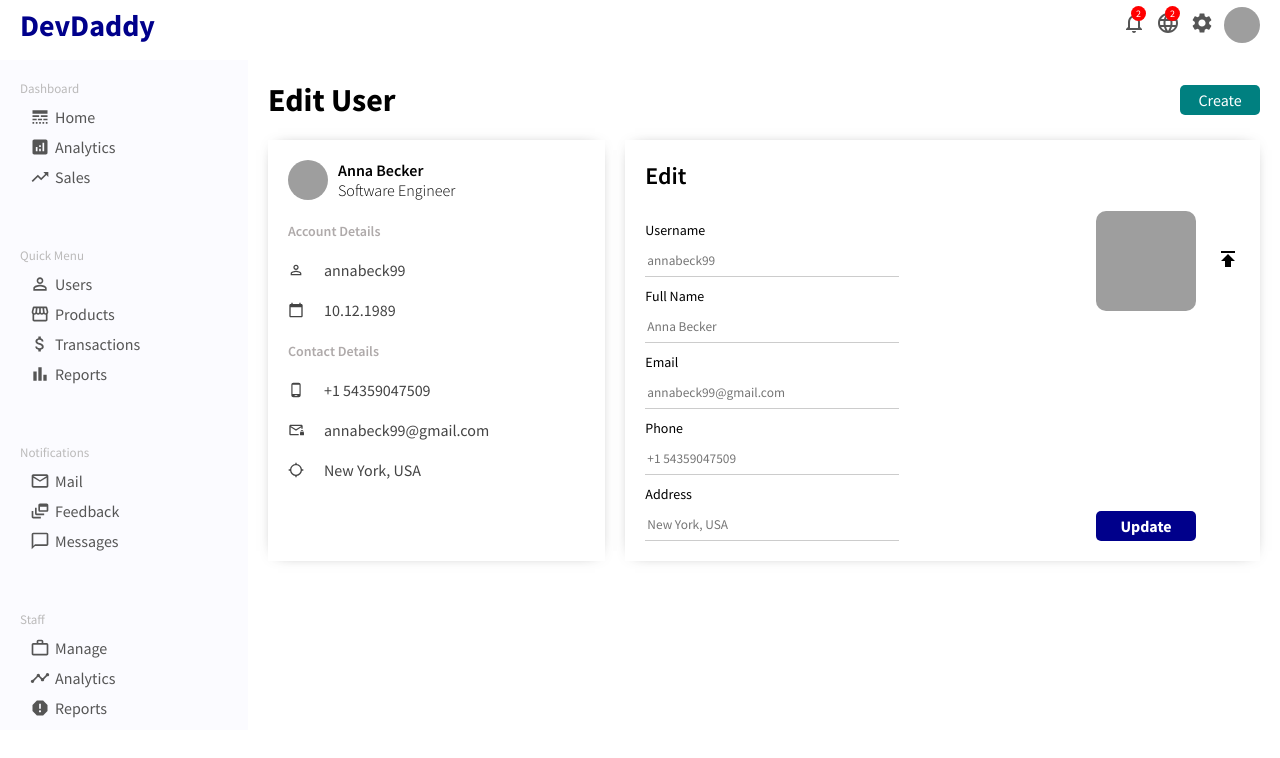
Repository: Marhamat92/react-admin-dashboard
Page: /user/1
The author's editor kept a copy of each file at every save. The page is drawn from the files as they stood at one save, then again after the next save.
The browser window is 1280 px wide. The pictures show the whole page.
Pictures or frames that could not be fetched are drawn as grey boxes. The project was rebuilt for these pictures with package versions that can differ from the ones it lists, and the page was loaded fresh each time. Also part of the build but not shown: src/pages/home/home.scss, src/components/featuredInfo/featuredInfo.scss, src/components/featuredInfo/FeaturedInfo.js, src/components/chart/chart.scss, src/components/chart/Chart.js, src/data/userData.js, src/components/widgetSm/widgetSm.scss, src/components/widgetSm/WidgetSm.js and 16 more.

Above is the page before, as saved 2023-02-13 23:21:44.

### public/index.html
<!DOCTYPE html>
<html lang="en">

<head>
  <meta charset="utf-8" />
  <link rel="icon" href="%PUBLIC_URL%/favicon.ico" />
  <meta name="viewport" content="width=device-width, initial-scale=1" />
  <meta name="theme-color" content="#000000" />
  <meta name="description" content="Web site created using create-react-app" />
  <link rel="apple-touch-icon" href="%PUBLIC_URL%/logo192.png" />
  <link rel="preconnect" href="https://fonts.googleapis.com">
  <link rel="preconnect" href="https://fonts.gstatic.com" crossorigin>
  <link href="https://fonts.googleapis.com/css2?family=Source+Sans+Pro:wght@200;300;400;600;700;900&display=swap"
    rel="stylesheet">
  <!--
      manifest.json provides metadata used when your web app is installed on a
      user's mobile device or desktop. See https://developers.google.com/web/fundamentals/web-app-manifest/
    -->
  <link rel="manifest" href="%PUBLIC_URL%/manifest.json" />
  <!--
      Notice the use of %PUBLIC_URL% in the tags above.
      It will be replaced with the URL of the `public` folder during the build.
      Only files inside the `public` folder can be referenced from the HTML.

      Unlike "/favicon.ico" or "favicon.ico", "%PUBLIC_URL%/favicon.ico" will
      work correctly both with client-side routing and a non-root public URL.
      Learn how to configure a non-root public URL by running `npm run build`.
    -->
  <style>
    * {
      font-family: 'Source Sans Pro', sans-serif;
      margin: 0;

    }
  </style>
  <title>DevDaddy Admin Dashboard</title>
</head>

<body>
  <noscript>You need to enable JavaScript to run this app.</noscript>
  <div id="root"></div>
  <!--
      This HTML file is a template.
      If you open it directly in the browser, you will see an empty page.

      You can add webfonts, meta tags, or analytics to this file.
      The build step will place the bundled scripts into the <body> tag.

      To begin the development, run `npm start` or `yarn start`.
      To create a production bundle, use `npm run build` or `yarn build`.
    -->
</body>

</html>

### src/index.js
import React from 'react';
import ReactDOM from 'react-dom/client';
import App from './App';
import { BrowserRouter } from "react-router-dom";


const root = ReactDOM.createRoot(document.getElementById('root'));
root.render(
  <BrowserRouter>
    <App />
  </BrowserRouter>

);

### src/App.js
import Topbar from "./components/Topbar/Topbar";
import Sidebar from "./components/sidebar/Sidebar";
import "./app.scss";
import Home from "./pages/home/Home";
import UserList from "./pages/userList/UserList";
import User from "./pages/user/User";
import NewUser from "./pages/newUser/NewUser";
import {
  Routes,
  Route,
  Link,
} from "react-router-dom";
import ProductList from "./pages/productList/ProductList";
import Product from "./pages/product/Product";
import NewProduct from "./pages/newProduct/NewProduct";



function App() {
  return (
    <>
      <Topbar />
      <div className="container">
        <Sidebar />
        <Routes>
          <Route path="/" element={<Home />} />
          <Route path="/users" element={<UserList />} />
          <Route path="/user/:userId" element={<User />} />
          <Route path="/newUser" element={<NewUser />} />
          <Route path="/products" element={<ProductList />} />
          <Route path="/product/:productId" element={<Product />} />
          <Route path="/newProduct" element={<NewProduct />} />
        </Routes>
      </div>
    </>

  );
}

export default App;

### src/components/Topbar/Topbar.jsx
import React from 'react'
import "./topbar.scss"
import { Language, NotificationsNone, Settings } from '@mui/icons-material'
import { Link } from 'react-router-dom'

function Topbar() {
  return (
    <div className="topbar" >
       <div className='topbarWrapper' >
          <div className='topLeft' >
            <Link className='link' to="/">
            <span className='logo'>DevDaddy</span>
            </Link>
          </div>
          <div className='topRight' >
             <div className='topbarIconContainer' >
               <NotificationsNone/>
                <span className='topIconBadge'>2</span>
             </div>
             <div className='topbarIconContainer' >
               <Language/>
                <span className='topIconBadge'>2</span>
             </div>
             <div className='topbarIconContainer' >
               <Settings/>
             </div>
             <img className='topAvatar' src='https://i.pinimg.com/originals/99/ee/d8/99eed8642bbb66a71d0f1677d18a2587.jpg' alt="jack sheperd" />
          </div>
       </div>
    </div>
  )
}

export default Topbar

### src/components/sidebar/Sidebar.js
import React, { useEffect, useState } from 'react'
import './sidebar.scss'
import { Analytics, AttachMoney, ChatBubbleOutline, DynamicFeed, LineStyle, MailOutline, PermIdentity, Report, Storefront, Timeline, TrendingUp, WorkOutline, BarChart } from '@mui/icons-material'
import { Link } from 'react-router-dom'



function Sidebar() {

  const [active, setActive] = useState(false)

  //change  the active state to true when the user clicks on the sidebar and change it to false when the user clicks on the sidebar again


  const links = [
    {
      title: 'Home',
      path: '/',
      icon: <LineStyle className='sidebarIcon' />,
      cName: 'sidebarListItem'
    },
    {
      title: 'Analytics',
      path: '/analytics',
      icon: <Analytics className='sidebarIcon' />,
      cName: 'sidebarListItem'
    },
    {
      title: 'Sales',
      path: '/sales',
      icon: <TrendingUp className='sidebarIcon' />,
      cName: 'sidebarListItem'
    },
    {
      title: 'Users',
      path: '/users',
      icon: <PermIdentity className='sidebarIcon' />,
      cName: 'sidebarListItem'
    },
    {
      title: 'Products',
      path: '/products',
      icon: <Storefront className='sidebarIcon' />,
      cName: 'sidebarListItem'
    },
    {
      title: 'Transactions',
      path: '/transactions',
      icon: <AttachMoney className='sidebarIcon' />,
      cName: 'sidebarListItem'
    },
    {
      title: 'Reports',
      path: '/reports',
      icon: <BarChart className='sidebarIcon' />,
      cName: 'sidebarListItem'
    },
    {
      title: 'Mail',
      path: '/mail',
      icon: <MailOutline className='sidebarIcon' />,
      cName: 'sidebarListItem'
    },
    {
      title: 'Feedback',
      path: '/feedback',
      icon: <DynamicFeed className='sidebarIcon' />,
      cName: 'sidebarListItem'
    },
    {
      title: 'Messages',
      path: '/messages',
      icon: <ChatBubbleOutline className='sidebarIcon' />,
      cName: 'sidebarListItem'
    },
    {
      title: 'Manage',
      path: '/manage',
      icon: <WorkOutline className='sidebarIcon' />,
      cName: 'sidebarListItem'
    },
    {
      title: 'Analytics',
      path: '/analytics',
      icon: <Timeline className='sidebarIcon' />,
      cName: 'sidebarListItem'
    },
    {
      title: 'Reports',
      path: '/reports',
      icon: <Report className='sidebarIcon' />,
      cName: 'sidebarListItem'
    },
  ]

  //find which link is active and add the active class to it
  useEffect(() => {
    const currentPath = window.location.pathname
    links.forEach((link) => {
      if (link.path === currentPath) {
        link.cName = 'sidebarListItem active'
      }
    })
  }, [links])





  return (
    <div className='sidebar'>
      <div className='sidebarWrapper'>
        <div className='sidebarMenu' >
          <div className='sidebarTitle'>
            Dashboard
          </div>
          <ul className='sidebarList'>
            <Link className="link" to="/" >
              <li className="sidebarListItem">
                <LineStyle className='sidebarIcon' />
                Home
              </li>
            </Link>
            <Link to="/analytics" className='link'>
              <li className='sidebarListItem'>
                <Analytics className='sidebarIcon' />
                Analytics
              </li>
            </Link>
            <Link to="/sales" className='link'>
              <li className='sidebarListItem'>
                <TrendingUp className='sidebarIcon' />
                Sales
              </li>
            </Link>
          </ul>
        </div>
      </div>

      <div className='sidebarWrapper'>
        <div className='sidebarMenu' >
          <div className='sidebarTitle'>
            Quick Menu
          </div>
          <ul className='sidebarList'>
            <Link to="/users" className='link' >
              <li className='sidebarListItem'>
                <PermIdentity className='sidebarIcon' />
                Users
              </li>
            </Link>
            <Link to="/products" className='link' >
              <li className='sidebarListItem'>
                <Storefront className='sidebarIcon' />
                Products
              </li>
            </Link>
            <Link to="/transactions" className='link' >
              <li className='sidebarListItem'>
                <AttachMoney className='sidebarIcon' />
                Transactions
              </li>
            </Link>
            <Link to="/reports" className='link' >
              <li className='sidebarListItem'>
                <BarChart className='sidebarIcon' />
                Reports
              </li>
            </Link>
          </ul>
        </div>
      </div>

      <div className='sidebarWrapper'>
        <div className='sidebarMenu' >
          <div className='sidebarTitle'>
            Notifications
          </div>
          <ul className='sidebarList'>
            <Link to="/mail" className='link'>
              <li className='sidebarListItem'>
                <MailOutline className="sidebarIcon" />
                Mail
              </li>
            </Link>
            <Link to="/feedback" className='link'>
              <li className='sidebarListItem'>
                <DynamicFeed className="sidebarIcon" />
                Feedback
              </li>
            </Link>
            <Link to="/messages" className='link'>
              <li className='sidebarListItem'>
                <ChatBubbleOutline className="sidebarIcon" />
                Messages
              </li>
            </Link>
          </ul>
        </div>
      </div>

      <div className='sidebarWrapper'>
        <div className='sidebarMenu' >
          <div className='sidebarTitle'>
            Staff
          </div>
          <ul className='sidebarList'>
            <Link to="/manage" className='link' >
              <li className='sidebarListItem'>
                <WorkOutline className="sidebarIcon" />
                Manage
              </li>
            </Link>
            <Link to="/analytics" className='link'>
              <li className='sidebarListItem'>
                <Timeline className="sidebarIcon" />
                Analytics
              </li>
            </Link>
            <Link to="/reports" className='link'>
              <li className='sidebarListItem'>
                <Report className="sidebarIcon" />
                Reports
              </li>
            </Link>
          </ul>
        </div>
      </div>
    </div>
  )
}

export default Sidebar

### src/app.scss
.container {
  display:flex;
  margin-top: 10px;
}

### src/pages/user/User.js
import React from 'react'
import './user.scss'
import { Link, useParams } from 'react-router-dom'
import { CalendarToday, LocationSearching, MailLockOutlined, PermIdentity, PhoneAndroid, Publish } from '@mui/icons-material'


function User() {
  const { userId } = useParams()


  return (
    <div className='user' >
      <div className='userTitleContainer'>
        <h1 className='userTitle'>Edit User</h1>
        <Link to='/newUser'>
          <button className='userAddButton'>Create</button>
        </Link>
      </div>
      <div className='userContainer'>
        <div className='userShow'>
          <div className='userShowTop'>
            <img src='https://images.pexels.com/photos/20787/pexels-photo.jpg?auto=compress&cs=tinysrgb&h=350' alt='' className='userShowImg' />
            <div className='userShowTopTitle'>
              <span className='userShowUsername'>Anna Becker</span>
              <span className='userShowUserTitle'>Software Engineer</span>
            </div>
          </div>
          <div className='userShowBottom'>
            <span className='userShowTitle'>Account Details</span>
            <div className='userShowInfo' >
              <PermIdentity className='userShowIcon' />
              <span className='userShowInfoTitle'>annabeck99</span>
            </div>
            <div className='userShowInfo' >
              <CalendarToday className='userShowIcon' />
              <span className='userShowInfoTitle'>10.12.1989</span>
            </div>
            <span className='userShowTitle'>Contact Details</span>
            <div className='userShowInfo' >
              <PhoneAndroid className='userShowIcon' />
              <span className='userShowInfoTitle'>+1 54359047509</span>
            </div>
            <div className='userShowInfo' >
              <MailLockOutlined className='userShowIcon' />
              <span className='userShowInfoTitle'>annabeck99@gmail.com</span>
            </div>
            <div className='userShowInfo' >
              <LocationSearching className='userShowIcon' />
              <span className='userShowInfoTitle'>New York, USA</span>
            </div>
          </div>
        </div>
        <div className='userUpdate'>
          <span className='userUpdateTitle'>Edit</span>
          <form className='userUpdateForm'>
            <div className="userUpdateLeft">
              <div className="userUpdateItem">
                <label >Username</label>
                <input type="text" placeholder="annabeck99" className="userUpdateInput" />
              </div>
              <div className="userUpdateItem">
                <label >Full Name</label>
                <input type="text" placeholder="Anna Becker" className="userUpdateInput" />
              </div>
              <div className="userUpdateItem">
                <label >Email</label>
                <input type="text" placeholder="annabeck99@gmail.com" className="userUpdateInput" />
              </div>
              <div className="userUpdateItem">
                <label >Phone</label>
                <input type="text" placeholder="+1 54359047509" className="userUpdateInput" />
              </div>
              <div className="userUpdateItem">
                <label >Address</label>
                <input type="text" placeholder="New York, USA" className="userUpdateInput" />
              </div>
            </div>
            <div className="userUpdateRight">
              <div className="userUpdateUpload">
                <img src="https://images.pexels.com/photos/20787/pexels-photo.jpg?auto=compress&cs=tinysrgb&h=350" alt="" className="userUpdateImg" />
                <label htmlFor="file">
                  <Publish className="userUpdateIcon" />
                </label>
                <input type="file" id="file" style={{ display: "none" }} />
              </div>
              <button className="userUpdateButton">Update</button>
            </div>
          </form>
        </div>
      </div>
    </div>
  )
}

export default User

### src/components/Topbar/topbar.scss
.topbar{
  width:100%;
  height: 50px;
  background-color: white;
  position: sticky;
  top:0;
  z-index: 999;
}

.topbarWrapper{
  height: 100%;
  padding: 0px 20px;
  display: flex;
  align-items: center;
  justify-content: space-between;
}

.logo{
  font-weight:bold;
  font-size: 30px;
  color:darkblue;
  cursor: pointer;
}

.topRight{
  display:flex;
  align-items: center;
}

.topbarIconContainer{
  position:relative;
  cursor: pointer;
  margin-right:10px;
  color:#555;
}

.topIconBadge{
  width: 15px;
  height: 15px;
  display: flex;
  align-items: center;
  justify-content: center;
  position:absolute;
  top:-5px;
  right:0px;
  background-color: red;
  color:white;
  border-radius: 50%;
  font-size: 10px;
}

.topAvatar{
  width: 36px;
  height: 36px;
  border-radius: 50%;
  object-fit: cover;
  cursor: pointer;
}

.link{
  text-decoration: none;
  color: inherit;

}

### src/components/sidebar/sidebar.scss
.sidebar{
  flex:1;
  height:calc(100vh - 50px);
  background-color: rgb(251,251,255);
  position: sticky;
  top: 50px;
  align-self: flex-start;

}

.sidebarWrapper{
  padding: 20px;
  color:#555;
}

.sidebarMenu{
  margin-bottom:10px;
}

.sidebarTitle{
  font-size: 13px;
  color:rgb(187,186,186);
}

.sidebarList{
  list-style: none;
  padding:5px;
}

.sidebarListItem{
  padding:5px;
  cursor:pointer;
  display:flex;
  align-items:center;
  border-radius: 10px;
}

.sidebarListItem.active,
.sidebarListItem:hover{
  background-color: rgb(240,240,255);
}

.sidebarIcon{
  margin-right: 5px;
  font-size: 20px !important;
}

.link{
  text-decoration: none;
  color: inherit;
}

### src/pages/user/user.scss
.user{
  flex:4;
  padding: 20px;
}

.userTitleContainer{
  display: flex;
  align-items: center;
  justify-content: space-between;
}

.userAddButton{
  width: 80px;
  padding: 5px ;
  border:none;
  border-radius: 5px;
  background-color: teal;
  color: white;
  cursor: pointer;
  font-size: 16px;
}

.userContainer{
  display: flex;
  margin-top: 20px;
}

.userShow{
  flex:1;
  padding: 20px;
  -webkit-box-shadow: 0px 0px 15px -10px rgba(0, 0, 0, 0.75);
  box-shadow: 0px 0px 15px -10px rgba(0, 0, 0, 0.75);
}

.userUpdate{
  flex:2;
  padding: 20px;
  -webkit-box-shadow: 0px 0px 15px -10px rgba(0, 0, 0, 0.75);
  box-shadow: 0px 0px 15px -10px rgba(0, 0, 0, 0.75);
  margin-left: 20px;
}

.userShowTop{
  display: flex;
  align-items: center;
}

.userShowImg{
  width:40px;
  height: 40px;
  border-radius: 50%;
  object-fit: cover;
}

.userShowTopTitle{
   display: flex;
    flex-direction: column;
    margin-left: 10px;
}

.userShowUsername{
  font-weight: 600;
}

.userShowUserTitle{
  font-weight:300;
}


.userShowTitle{
  font-size: 14px;
  font-weight: 600;
  color:#afaaaa;

}

.userShowBottom{
  margin-top: 20px;
}

.userShowInfo{
  margin: 20px 0px;
  display: flex;
  align-items: center;
  color: #444;
}

.userShowIcon{
  font-size: 16px !important;
}

.userShowInfoTitle{
  margin-left: 20px;
}

.userUpdateImg{
  width: 100px;
  height: 100px;
  border-radius: 10px;
  object-fit: cover;
  margin-right:20px;
}

.userUpdateForm{
  display: flex;
  justify-content: space-between;
  margin-top: 20px;
}

.userUpdateItem{
  display: flex;
  flex-direction: column;
  margin-top: 10px;
}

.userUpdateItem>label{
  margin-bottom: 5px;
  font-size: 14px;
}

.userUpdateInput{
  border:none;
  border-bottom: 1px solid #ccc;
  width:250px;
  outline: none;
  height: 30px;
}


.userUpdateTitle{
  font-size: 24px;
  font-weight: 600;
}

.userUpdateRight{
  display: flex;
  flex-direction: column;
  justify-content: space-between;
}

.userUpdateButton{
  width: 100px;
  padding: 5px ;
  border:none;
  border-radius: 5px;
  background-color: darkblue;
  color: white;
  cursor: pointer;
  font-size: 16px;
  font-weight: bold;
  margin-top: 20px;
}

.userUpdateUpload{
  display:flex;
  align-items: center;
}

.userUpdateIcon{
  cursor: pointer;
}

After the next save:
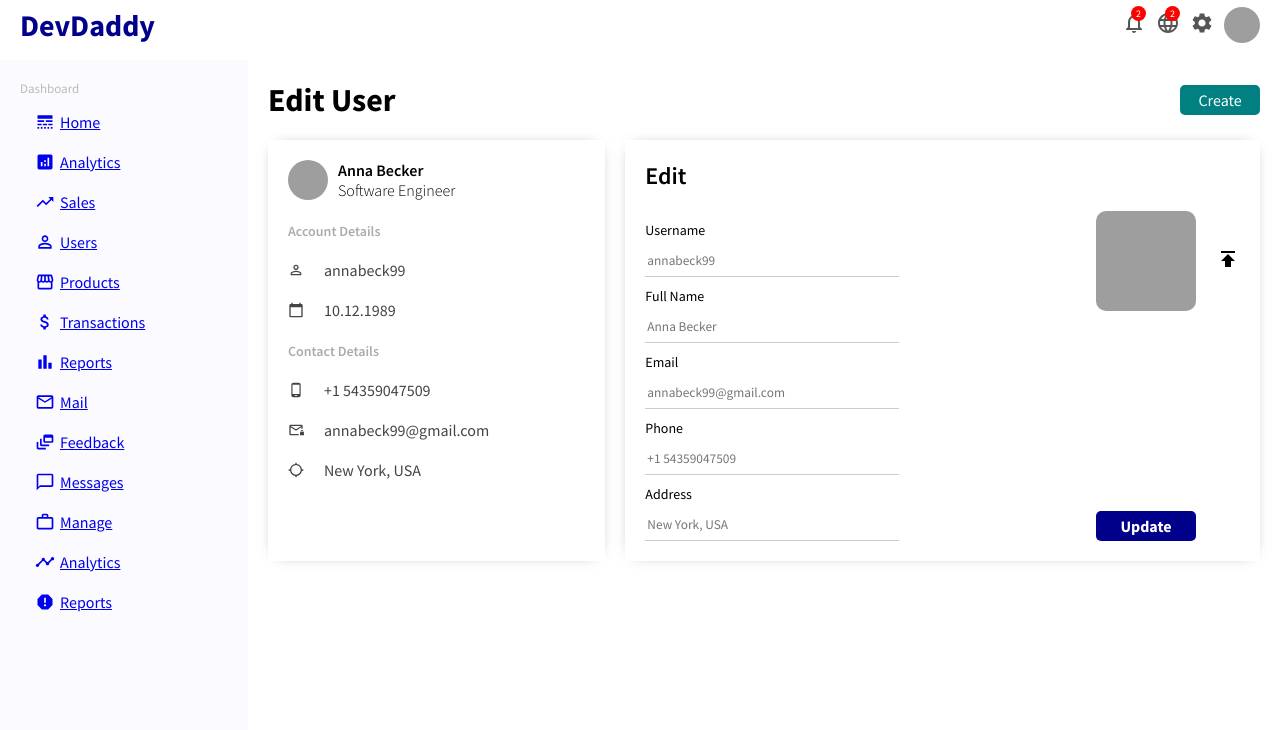
Saved 2 min 50 s later.
--- a/src/components/sidebar/Sidebar.js
+++ b/src/components/sidebar/Sidebar.js
@@ -115,114 +115,16 @@ function Sidebar() {
             Dashboard
           </div>
           <ul className='sidebarList'>
-            <Link className="link" to="/" >
-              <li className="sidebarListItem">
-                <LineStyle className='sidebarIcon' />
-                Home
-              </li>
-            </Link>
-            <Link to="/analytics" className='link'>
-              <li className='sidebarListItem'>
-                <Analytics className='sidebarIcon' />
-                Analytics
-              </li>
-            </Link>
-            <Link to="/sales" className='link'>
-              <li className='sidebarListItem'>
-                <TrendingUp className='sidebarIcon' />
-                Sales
-              </li>
-            </Link>
-          </ul>
-        </div>
-      </div>
-
-      <div className='sidebarWrapper'>
-        <div className='sidebarMenu' >
-          <div className='sidebarTitle'>
-            Quick Menu
-          </div>
-          <ul className='sidebarList'>
-            <Link to="/users" className='link' >
-              <li className='sidebarListItem'>
-                <PermIdentity className='sidebarIcon' />
-                Users
-              </li>
-            </Link>
-            <Link to="/products" className='link' >
-              <li className='sidebarListItem'>
-                <Storefront className='sidebarIcon' />
-                Products
-              </li>
-            </Link>
-            <Link to="/transactions" className='link' >
-              <li className='sidebarListItem'>
-                <AttachMoney className='sidebarIcon' />
-                Transactions
-              </li>
-            </Link>
-            <Link to="/reports" className='link' >
-              <li className='sidebarListItem'>
-                <BarChart className='sidebarIcon' />
-                Reports
-              </li>
-            </Link>
-          </ul>
-        </div>
-      </div>
-
-      <div className='sidebarWrapper'>
-        <div className='sidebarMenu' >
-          <div className='sidebarTitle'>
-            Notifications
-          </div>
-          <ul className='sidebarList'>
-            <Link to="/mail" className='link'>
-              <li className='sidebarListItem'>
-                <MailOutline className="sidebarIcon" />
-                Mail
-              </li>
-            </Link>
-            <Link to="/feedback" className='link'>
-              <li className='sidebarListItem'>
-                <DynamicFeed className="sidebarIcon" />
-                Feedback
-              </li>
-            </Link>
-            <Link to="/messages" className='link'>
-              <li className='sidebarListItem'>
-                <ChatBubbleOutline className="sidebarIcon" />
-                Messages
-              </li>
-            </Link>
-          </ul>
-        </div>
-      </div>
-
-      <div className='sidebarWrapper'>
-        <div className='sidebarMenu' >
-          <div className='sidebarTitle'>
-            Staff
-          </div>
-          <ul className='sidebarList'>
-            <Link to="/manage" className='link' >
-              <li className='sidebarListItem'>
-                <WorkOutline className="sidebarIcon" />
-                Manage
-              </li>
-            </Link>
-            <Link to="/analytics" className='link'>
-              <li className='sidebarListItem'>
-                <Timeline className="sidebarIcon" />
-                Analytics
-              </li>
-            </Link>
-            <Link to="/reports" className='link'>
-              <li className='sidebarListItem'>
-                <Report className="sidebarIcon" />
-                Reports
-              </li>
-            </Link>
+            {links.map((link, index) => {
+              return (
+                <Link to={link.path} key={index} className={link.cName}>
+                  <li className='sidebarListItem' onClick={() => setActive(!active)}>
+                    {link.icon}
+                    {link.title}
+                  </li>
+                </Link>
+              )
+            })}
           </ul>
         </div>
       </div>
